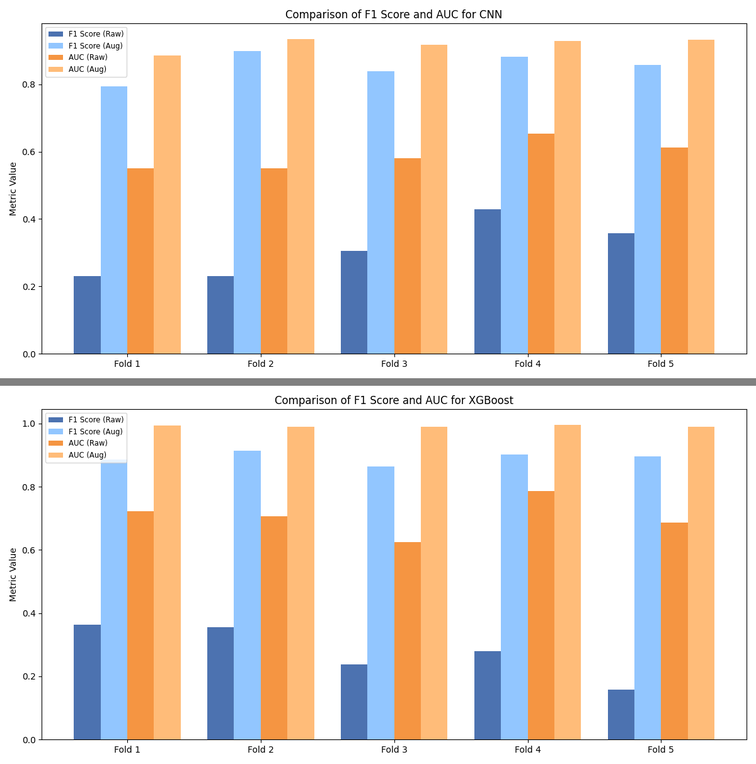
Repository: Hanqk97/COVID-19_Audio_Detection_Project
Script's output: python Plot/grounped_bar_chart.py
The author's editor kept a copy of each file at every save. The script's output is drawn from the files as they stood at one save, then again after the next save.
The pictures are shown at 63% of full size.
Each picture stacks the figures in order, with grey between them; figures that are only written to a file come last. Random numbers start from a fixed seed.

Above is the script's output before, as saved 2024-12-03 18:52:25.

### Plot/grounped_bar_chart.py
import json
import numpy as np
import matplotlib.pyplot as plt

output_dir = "Plot"

# Load the JSON data
with open("result/summary.json", "r") as f:
    data = json.load(f)

# Function to extract values for raw and augmented data
def extract_values(model_name, metric_name):
    raw_values = [data[model_name][f"raw_{i+1}"][metric_name] for i in range(5)]
    aug_values = [data[model_name][f"aug_{i+1}"][metric_name] for i in range(5)]
    return raw_values, aug_values

# Function to plot grouped bar chart
def plot_grouped_bar_chart(model_name, raw_f1, aug_f1, raw_auc, aug_auc, filename):
    x_labels = [f"Fold {i+1}" for i in range(5)]
    x = np.arange(len(x_labels))  # the label locations
    width = 0.2  # the width of the bars

    fig, ax = plt.subplots(figsize=(12, 6))

    # Plot bars for F1 Score and AUC
    ax.bar(x - 1.5 * width, raw_f1, width, label='F1 Score (Raw)', color='#4c72b0')
    ax.bar(x - 0.5 * width, aug_f1, width, label='F1 Score (Aug)', color='#92c6ff')
    ax.bar(x + 0.5 * width, raw_auc, width, label='AUC (Raw)', color='#f59542')
    ax.bar(x + 1.5 * width, aug_auc, width, label='AUC (Aug)', color='#ffbc79')

    # Add labels, title, and legend
    ax.set_ylabel('Metric Value')
    ax.set_title(f'Comparison of F1 Score and AUC for {model_name}')
    ax.set_xticks(x)
    ax.set_xticklabels(x_labels)
    ax.legend(loc='upper left', fontsize='small')  # Place legend in top-left

    # Save the plot
    plt.tight_layout()
    plt.savefig(filename)
    plt.close()

# Generate and save grouped bar charts for each model
models = ["CNN", "XGBoost"]

for model in models:
    raw_f1, aug_f1 = extract_values(model, "f1_score")
    raw_auc, aug_auc = extract_values(model, "auc")
    filename = f"{output_dir}/{model.lower()}_f1_auc_comparison_bar_chart.png"
    plot_grouped_bar_chart(model, raw_f1, aug_f1, raw_auc, aug_auc, filename)

### result/summary.json
{
    "CNN":{
        "raw_1":{
            "f1_score": 0.23076923076923078,
            "precision": 0.35294117647058826,
            "recall": 0.17142857142857143,
            "accuracy": 0.7927461139896373,
            "auc": 0.5509041591320073
        },
        "raw_2":{
            "f1_score": 0.23076923076923078,
            "precision": 0.35294117647058826,
            "recall": 0.17142857142857143,
            "accuracy": 0.7927461139896373,
            "auc": 0.5509041591320073
        },
        "raw_3":{
            "f1_score": 0.30508474576271183,
            "precision": 0.375,
            "recall": 0.2571428571428571,
            "accuracy": 0.7875647668393783,
            "auc": 0.5811030741410488
        },
        "raw_4":{
            "f1_score": 0.42857142857142855,
            "precision": 0.4166666666666667,
            "recall": 0.4411764705882353,
            "accuracy": 0.7916666666666666,
            "auc": 0.654132539091586
        },
        "raw_5":{
            "f1_score": 0.35820895522388063,
            "precision": 0.35294117647058826,
            "recall": 0.36363636363636365,
            "accuracy": 0.7724867724867724,
            "auc": 0.6113053613053614
        },
        "aug_1":{
            "f1_score": 0.7945205479452055,
            "precision": 0.7631578947368421,
            "recall": 0.8285714285714286,
            "accuracy": 0.9222797927461139,
            "auc": 0.8858047016274865
        },
        "aug_2":{
            "f1_score": 0.8985507246376812,
            "precision": 0.9117647058823529,
            "recall": 0.8857142857142857,
            "accuracy": 0.9637305699481865,
            "auc": 0.9333634719710668
        },
        "aug_3":{
            "f1_score": 0.8378378378378378,
            "precision": 0.7948717948717948,
            "recall": 0.8857142857142857,
            "accuracy": 0.9378238341968912,
            "auc": 0.9175406871609403
        },
        "aug_4":{
            "f1_score": 0.8823529411764706,
            "precision": 0.8823529411764706,
            "recall": 0.8823529411764706,
            "accuracy": 0.9583333333333334,
            "auc": 0.9285182427401341
        },
        "aug_5":{
            "f1_score": 0.8571428571428571,
            "precision": 0.8108108108108109,
            "recall": 0.9090909090909091,
            "accuracy": 0.9470899470899471,
            "auc": 0.9321095571095571
        },
        "train":{
            "f1_score": 0.8024106257351653,
            "precision": 0.7915644429804949,
            "recall": 0.818831016016817,
            "accuracy": 0.7988750669603,
            "auc": 0.799090689569917
        }
    },
    "XGBoost":{
        "raw_1":{
            "f1_score": 0.3636363636363636,
            "precision": 0.8888888888888888,
            "recall": 0.22857142857142856,
            "accuracy": 0.8549222797927462,
            "auc": 0.722242314647378
        },
        "raw_2":{
            "f1_score": 0.3555555555555555,
            "precision": 0.8,
            "recall": 0.22857142857142856,
            "accuracy": 0.8497409326424871,
            "auc": 0.7056057866184449
        },
        "raw_3":{
            "f1_score": 0.23809523809523808,
            "precision": 0.7142857142857143,
            "recall": 0.14285714285714285,
            "accuracy": 0.8341968911917098,
            "auc": 0.6242314647377939
        },
        "raw_4":{
            "f1_score": 0.27906976744186046,
            "precision": 0.6666666666666666,
            "recall": 0.17647058823529413,
            "accuracy": 0.8385416666666666,
            "auc": 0.7870439314966493
        },
        "raw_5":{
            "f1_score": 0.15789473684210525,
            "precision": 0.6,
            "recall": 0.09090909090909091,
            "accuracy": 0.8306878306878307,
            "auc": 0.6870629370629371
        },
        "aug_1":{
            "f1_score": 0.8857142857142857,
            "precision": 0.8857142857142857,
            "recall": 0.8857142857142857,
            "accuracy": 0.9585492227979274,
            "auc": 0.9942133815551537
        },
        "aug_2":{
            "f1_score": 0.9142857142857143,
            "precision": 0.9142857142857143,
            "recall": 0.9142857142857143,
            "accuracy": 0.9689119170984456,
            "auc": 0.9902350813743219
        },
        "aug_3":{
            "f1_score": 0.8648648648648648,
            "precision": 0.8205128205128205,
            "recall": 0.9142857142857143,
            "accuracy": 0.9481865284974094,
            "auc": 0.9902350813743218
        },
        "aug_4":{
            "f1_score": 0.9014084507042254,
            "precision": 0.8648648648648649,
            "recall": 0.9411764705882353,
            "accuracy": 0.9635416666666666,
            "auc": 0.9949739389426657
        },
        "aug_5":{
            "f1_score": 0.8955223880597014,
            "precision": 0.8823529411764706,
            "recall": 0.9090909090909091,
            "accuracy": 0.9629629629629629,
            "auc": 0.9904817404817404
        },
        "train":{
            "f1_score": 0.8461765336593803,
            "precision": 0.844392509161769,
            "recall": 0.8490103258061852,
            "accuracy": 0.8461678868321331,
            "auc": 0.9229407548490167
        }
    },
    "RandomForest":{
        "raw_1":{
            "f1_score": 0.1081081081081081,
            "precision": 1.0,
            "recall": 0.05714285714285714,
            "accuracy": 0.8290155440414507,
            "auc": 0.7308318264014467
        },
        "raw_2":{
            "f1_score": 0.20512820512820512,
            "precision": 1.0,
            "recall": 0.11428571428571428,
            "accuracy": 0.8393782383419689,
            "auc": 0.6945750452079565
        },
        "raw_3":{
            "f1_score": 0.15789473684210528,
            "precision": 1.0,
            "recall": 0.08571428571428572,
            "accuracy": 0.8341968911917098,
            "auc": 0.6902350813743218
        },
        "raw_4":{
            "f1_score": 0.1111111111111111,
            "precision": 1.0,
            "recall": 0.058823529411764705,
            "accuracy": 0.8333333333333334,
            "auc": 0.7631236038719285
        },
        "raw_5":{
            "f1_score": 0.0,
            "precision": 0.0,
            "recall": 0.0,
            "accuracy": 0.8253968253968254,
            "auc": 0.713966588966589
        },
        "aug_1":{
            "f1_score": 0.9166666666666667,
            "precision": 0.8918918918918919,
            "recall": 0.9428571428571428,
            "accuracy": 0.9689119170984456,
            "auc": 0.9928571428571429
        },
        "aug_2":{
            "f1_score": 0.9014084507042254,
            "precision": 0.8888888888888888,
            "recall": 0.9142857142857143,
            "accuracy": 0.9637305699481865,
            "auc": 0.9887884267631103
        },
        "aug_3":{
            "f1_score": 0.8767123287671234,
            "precision": 0.8421052631578947,
            "recall": 0.9142857142857143,
            "accuracy": 0.9533678756476683,
            "auc": 0.9898734177215189
        },
        "aug_4":{
            "f1_score": 0.8888888888888888,
            "precision": 0.8421052631578947,
            "recall": 0.9411764705882353,
            "accuracy": 0.9583333333333334,
            "auc": 0.9930193596425912
        },
        "aug_5":{
            "f1_score": 0.8955223880597014,
            "precision": 0.8823529411764706,
            "recall": 0.9090909090909091,
            "accuracy": 0.9629629629629629,
            "auc": 0.9886363636363635
        },
        "train":{
            "f1_score": 0.8389031248307942,
            "precision": 0.8545235505223857,
            "recall": 0.8246203209858681,
            "accuracy": 0.8423863658909191,
            "auc": 0.9039854187578366
        }
    },
    "SVM":{
        "raw_1":{
            "f1_score": 0.1081081081081081,
            "precision": 1.0,
            "recall": 0.05714285714285714,
            "accuracy": 0.8290155440414507,
            "auc": 0.6433996383363472
        },
        "raw_2":{
            "f1_score": 0.15789473684210528,
            "precision": 1.0,
            "recall": 0.08571428571428572,
            "accuracy": 0.8341968911917098,
            "auc": 0.7094032549728753
        },
        "raw_3":{
            "f1_score": 0.1081081081081081,
            "precision": 1.0,
            "recall": 0.05714285714285714,
            "accuracy": 0.8290155440414507,
            "auc": 0.6343580470162749
        },
        "raw_4":{
            "f1_score": 0.0,
            "precision": 0.0,
            "recall": 0.0,
            "accuracy": 0.8229166666666666,
            "auc": 0.7777364110201042
        },
        "raw_5":{
            "f1_score": 0.05882352941176471,
            "precision": 1.0,
            "recall": 0.030303030303030304,
            "accuracy": 0.8306878306878307,
            "auc": 0.6353923853923853
        },
        "aug_1":{
            "f1_score": 0.7384615384615385,
            "precision": 0.8,
            "recall": 0.6857142857142857,
            "accuracy": 0.9119170984455959,
            "auc": 0.9292947558770343
        },
        "aug_2":{
            "f1_score": 0.75,
            "precision": 0.8275862068965517,
            "recall": 0.6857142857142857,
            "accuracy": 0.917098445595855,
            "auc": 0.9580470162748644
        },
        "aug_3":{
            "f1_score": 0.7619047619047619,
            "precision": 0.8571428571428571,
            "recall": 0.6857142857142857,
            "accuracy": 0.9222797927461139,
            "auc": 0.9589511754068716
        },
        "aug_4":{
            "f1_score": 0.8181818181818182,
            "precision": 0.84375,
            "recall": 0.7941176470588235,
            "accuracy": 0.9375,
            "auc": 0.9485294117647058
        },
        "aug_5":{
            "f1_score": 0.7741935483870968,
            "precision": 0.8275862068965517,
            "recall": 0.7272727272727273,
            "accuracy": 0.9259259259259259,
            "auc": 0.9590132090132091
        },
        "train":{
            "f1_score": 0.8719047058592444,
            "precision": 0.8803626655047389,
            "recall": 0.8643689272793008,
            "accuracy": 0.8732813523004582,
            "auc": 0.9376532399920455
        }
    },
    "ResNet":{
        "raw_1":0,
        "raw_2":0,
        "raw_3":0,
        "raw_4":0,
        "raw_5":0,
        "aug_1":{
            "f1_score": 0.958904109589041,
            "precision": 0.9210526315789473,
            "recall": 1.0,
            "accuracy": 0.9844559585492227,
            "auc": 0.9905063291139241
        },
        "aug_2":{
            "f1_score": 0.9014084507042254,
            "precision": 0.8888888888888888,
            "recall": 0.9142857142857143,
            "accuracy": 0.9637305699481865,
            "auc": 0.9444846292947557
        },
        "aug_3":{
            "f1_score": 0.9117647058823529,
            "precision": 0.9393939393939394,
            "recall": 0.8857142857142857,
            "accuracy": 0.9689119170984456,
            "auc": 0.9365280289330922
        },
        "aug_4":{
            "f1_score": 0.9117647058823528,
            "precision": 0.9117647058823529,
            "recall": 0.9117647058823529,
            "accuracy": 0.96875,
            "auc": 0.9463886820551004
        },
        "aug_5":{
            "f1_score": 0.90625,
            "precision": 0.9354838709677419,
            "recall": 0.8787878787878788,
            "accuracy": 0.9682539682539683,
            "auc": 0.9329836829836832
        },
        "train":{
            "f1_score": 0.8432466822059779,
            "precision": 0.8604856792450264,
            "recall": 0.8359216443930991,
            "accuracy": 0.8443009344681863,
            "auc": 0.8469816029516559
        }
    }
}

After the next save:
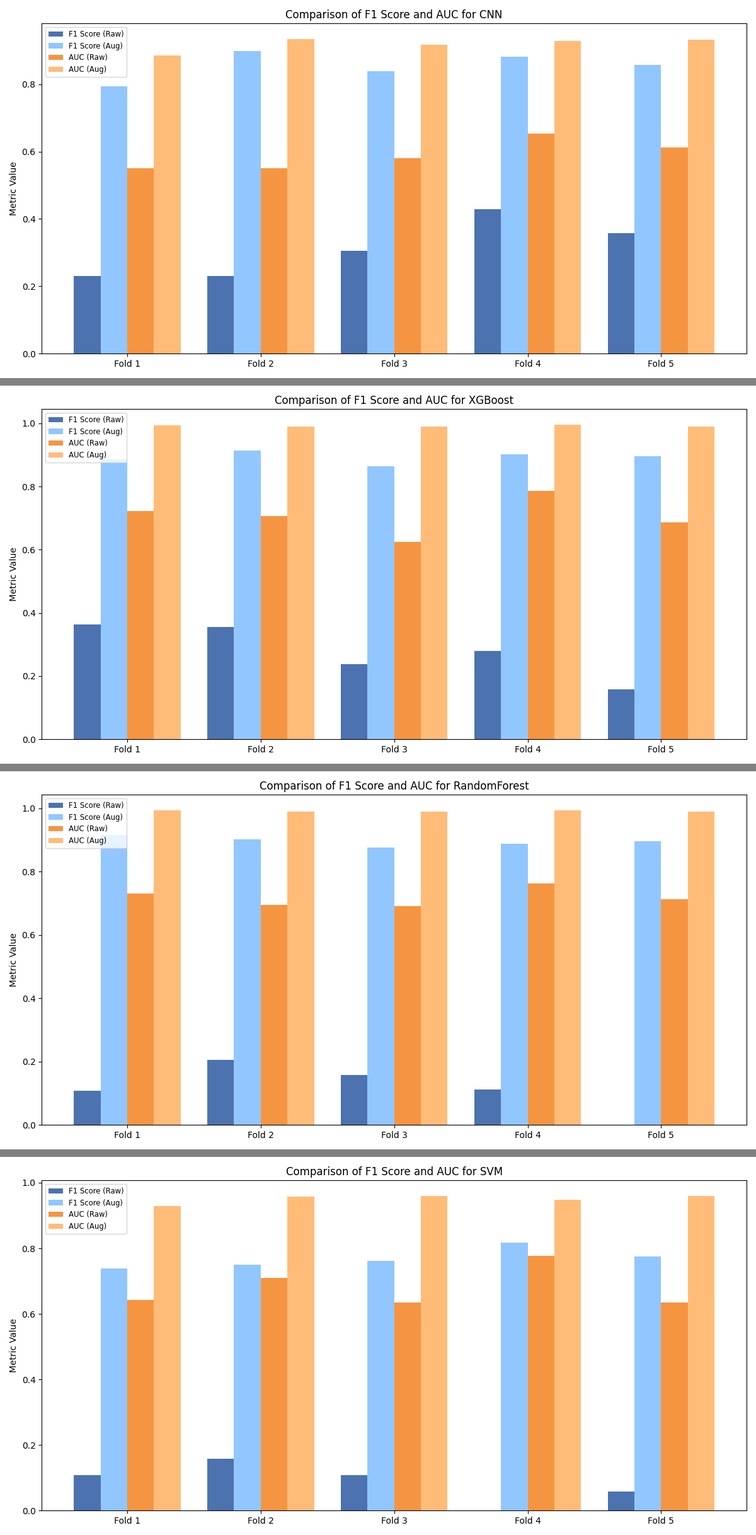
Saved 27 s later.
--- a/Plot/grounped_bar_chart.py
+++ b/Plot/grounped_bar_chart.py
@@ -41,7 +41,7 @@ def plot_grouped_bar_chart(model_name, raw_f1, aug_f1, raw_auc, aug_auc, filenam
     plt.close()
 
 # Generate and save grouped bar charts for each model
-models = ["CNN", "XGBoost"]
+models = ["CNN", "XGBoost","RandomForest","SVM"]
 
 for model in models:
     raw_f1, aug_f1 = extract_values(model, "f1_score")
